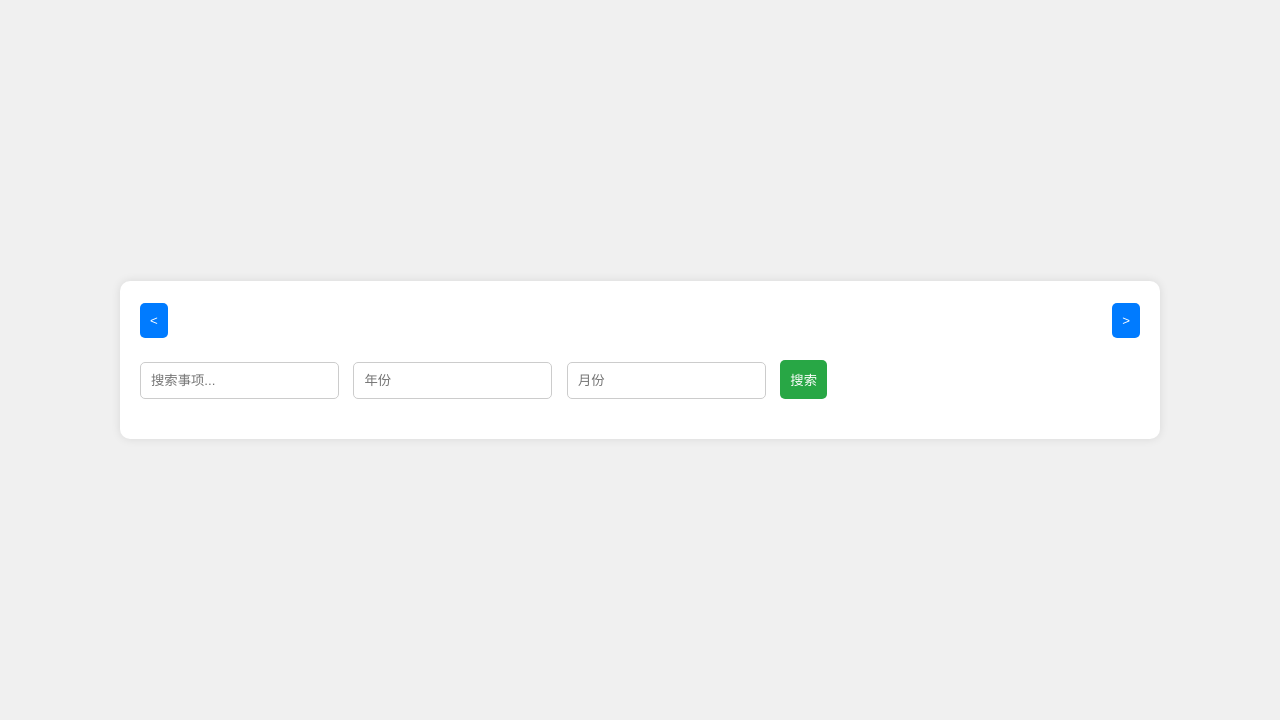
Repository: BUAAZFK/calendar_app
Page: http://localhost/
An editor plug-in stored every save of this project. The page is shown before and after the next save, followed by the edit.
The browser window is 1280 px wide. The pictures show the whole page.
The page is served by the project's application, run on Django 5.2 (manage.py). The database holds what the project's SQL file puts in it.

Above is the page before, as saved 2025-02-01 22:54:15.
Console error (its wording comes from the project's code and is left out).

After the next save:
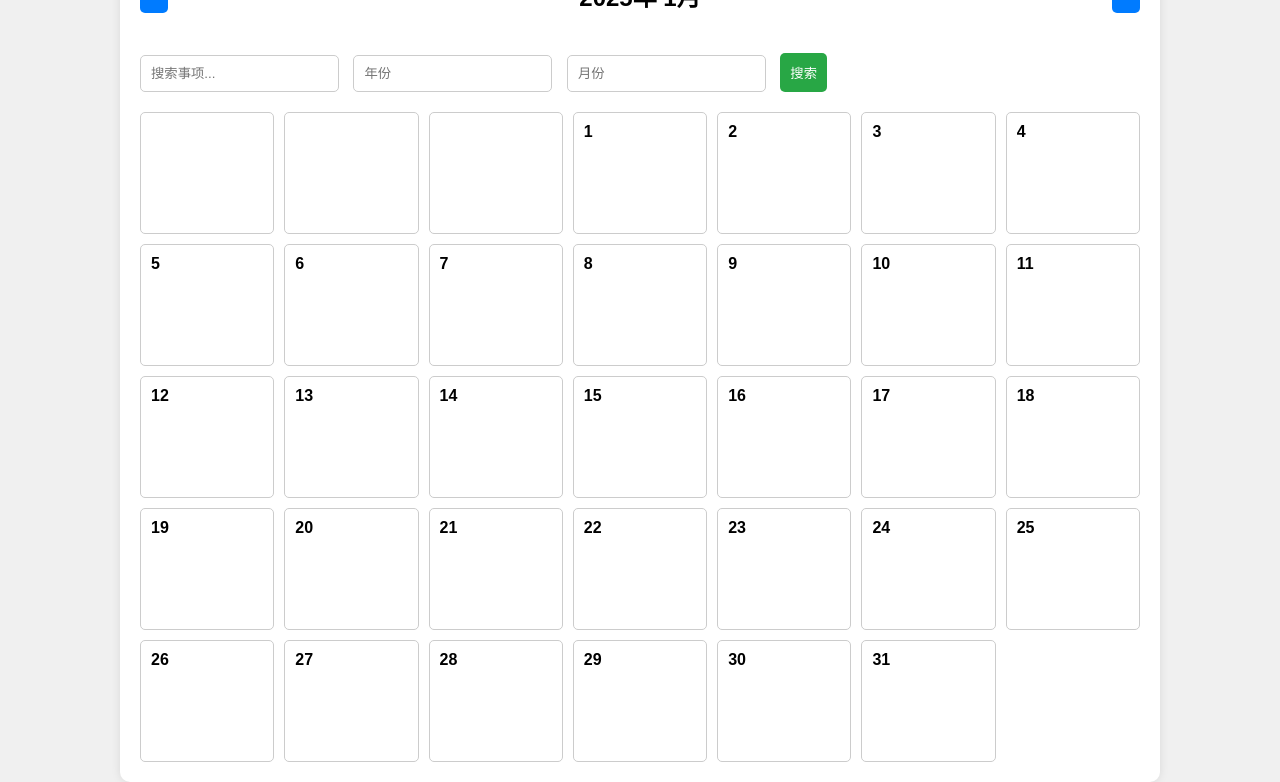
Console error: TypeError: Cannot read properties of undefined (reading 'split')
Saved 46 min 50 s later.
--- a/templates/calendar.html
+++ b/templates/calendar.html
@@ -51,7 +51,8 @@
     </div>
     <script>
         // 将 Django 传递的 events 数据转换为 JavaScript 对象
-        const eventsData = JSON.parse('{{ events|safe }}');
+        // const eventsData = JSON.parse('{{ events|safe }}');
+        const eventsData = JSON.parse(JSON.stringify('{{ events|safe }}'));
         const calendarEl = document.getElementById('calendar');
         const currentMonthEl = document.getElementById('current-month');
         const prevMonthBtn = document.getElementById('prev-month');
@@ -116,14 +117,18 @@
             }
 
             // My add events in current day
-            const eventsData = JSON.parse('{{ events|safe }}');
-            for (event of eventsData) {
-                if (parseInt(event.date.split('-')[0]) == year && parseInt(event.date.split('-')[1]) == month + 1) {
-                    const currentEventDate = document.getElementsByClassName(event.date);
+            const eventsData = JSON.parse(JSON.stringify('{{ events|safe }}'));
+            for (item of eventsData) {
+                console.log(item);
+                if (parseInt(item.date.split('-')[0]) == year && parseInt(item.date.split('-')[1]) == month + 1) {
+                    const currentEventDate = document.getElementsByClassName(item.date);
                     const eventEL = document.createElement('div');
-                    eventEL.classList.add('event', event.progress);
-                    eventEL.textContent = event.title;
-                    eventEL.addEventListener('click', () => openModal(event));
+                    eventEL.classList.add('event', item.progress);
+                    eventEL.textContent = item.title;
+                    eventEL.addEventListener('click', function(item, event) {
+                        openModal(item);
+                        event.stopPropagation(); // 阻止事件冒泡
+                    }.bind(null, item));
                     currentEventDate[0].appendChild(eventEL);
                 }
             }
@@ -139,6 +144,7 @@
                 eventDate.value = event.date;
                 deleteEventBtn.style.display = 'inline-block';
                 document.getElementById('modal-title').textContent = '编辑事项';
+                currentEvent = event;
             } else {
                 eventId.value = '';
                 eventTitle.value = '';
@@ -177,6 +183,7 @@
                     closeModal.click();
                 }
             });
+            // window.location.reload();
         }
 
         function deleteEvent() {
@@ -192,6 +199,7 @@
                     if (data.status === 'success') {
                         renderCalendar(currentDate);
                         closeModal.click();
+                        // window.location.reload();
                     }
                 });
             }
